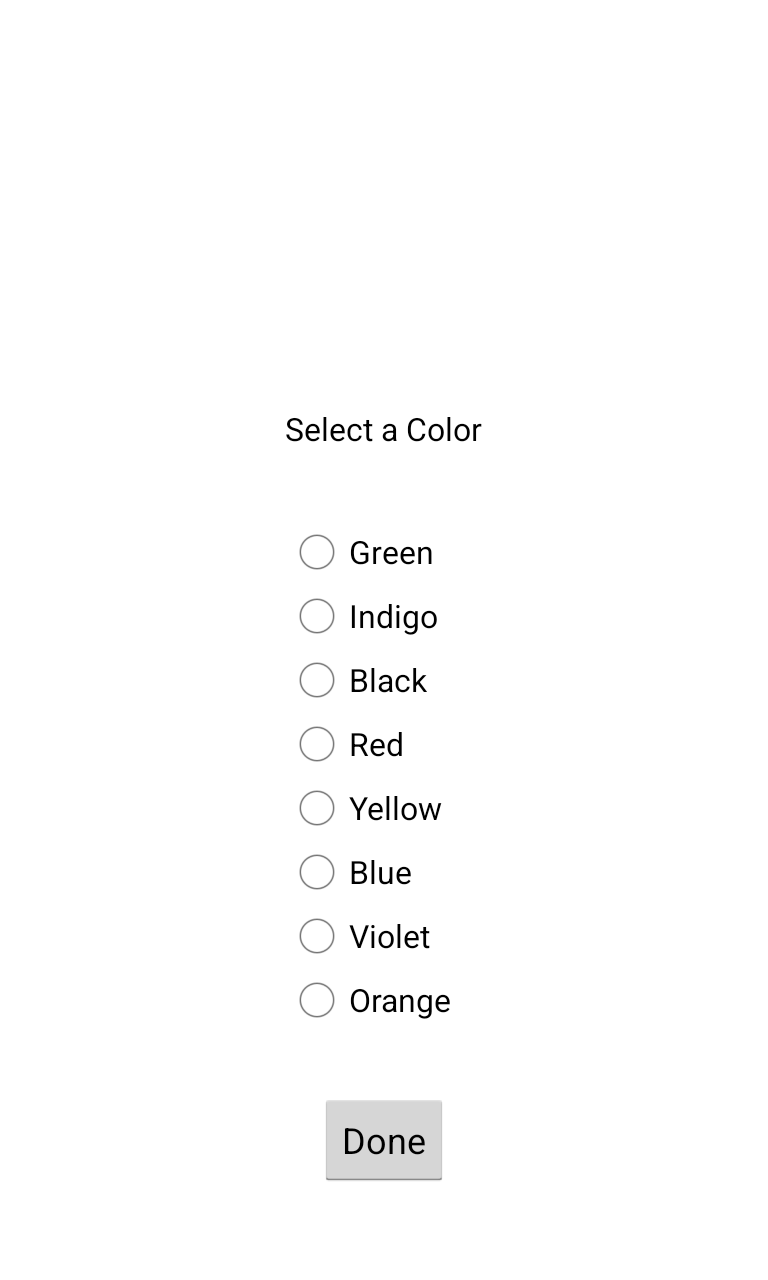
Repository: johnhof/App-Design
Layout: MyNote/res/layout/activity_color_picker.xml
These files come from the project's save history. The layout is drawn as it stood at one moment and after the next save; the edit follows.
It is drawn on a 768 x 1280 px phone screen (xhdpi) without system bars, with theme AppTheme; the app's code is not run. The app's manifest (not shown) leaves right-to-left support off. So textAlignment, textDirection and layoutDirection are ignored, and left and right values win over start and end ones.

Above is the layout before, as saved 2013-02-05 08:30:28.

After the next save:
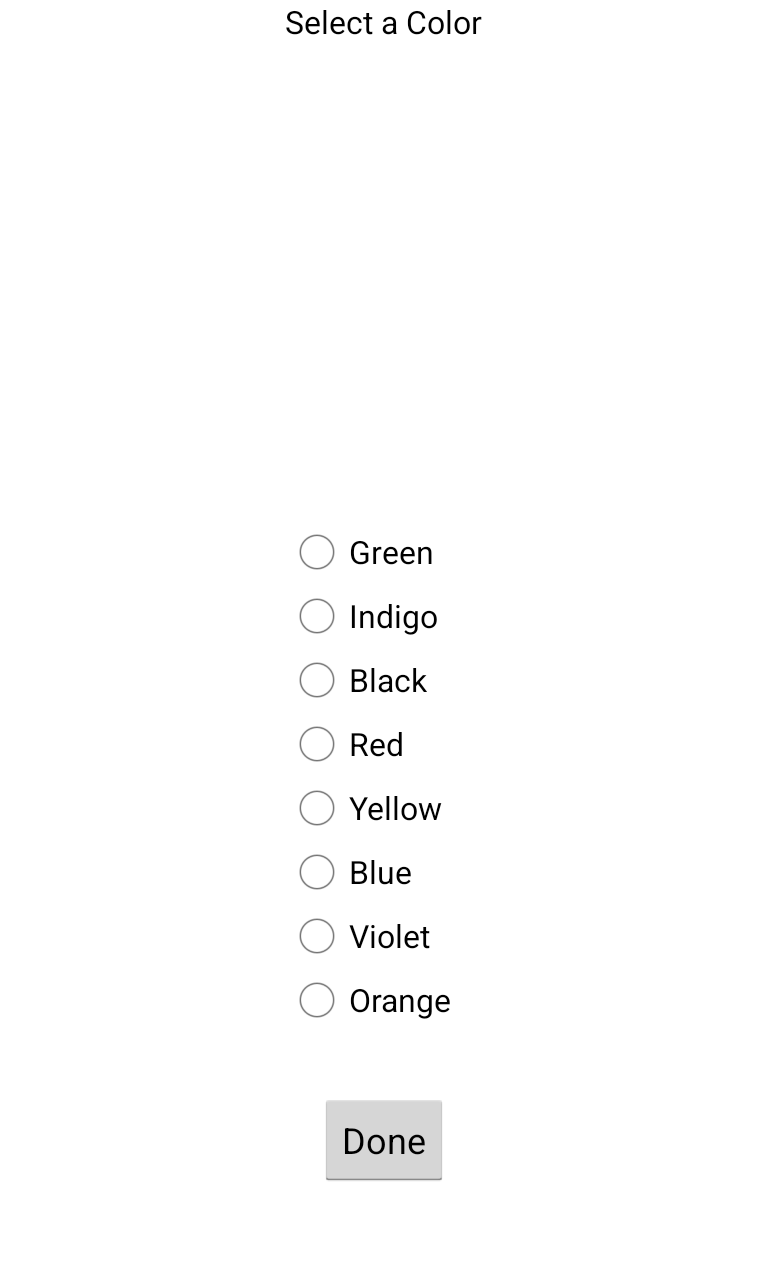
Saved 6 min 28 s later.
--- a/MyNote/res/layout/activity_color_picker.xml
+++ b/MyNote/res/layout/activity_color_picker.xml
@@ -23,7 +23,7 @@
         android:text="@string/color_instructions" />
 
     <RadioGroup
-        android:id="@+id/radioGroup1"
+        android:id="@+id/color_group"
         android:layout_width="wrap_content"
         android:layout_height="wrap_content"
         android:layout_above="@+id/done_button"

After the save that followed:
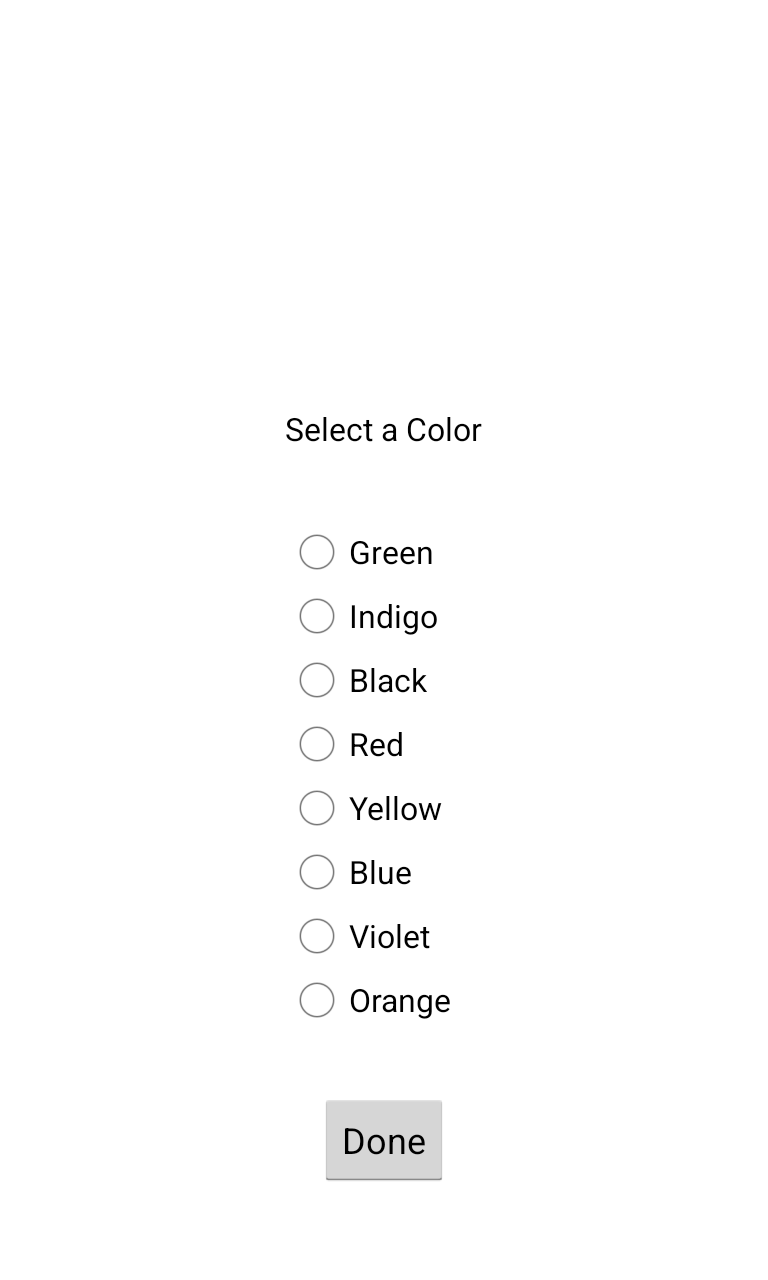
Saved 35 s later.
--- a/MyNote/res/layout/activity_color_picker.xml
+++ b/MyNote/res/layout/activity_color_picker.xml
@@ -17,7 +17,7 @@
         android:id="@+id/instruction_text"
         android:layout_width="wrap_content"
         android:layout_height="wrap_content"
-        android:layout_above="@+id/radioGroup1"
+        android:layout_above="@+id/color_group"
         android:layout_centerHorizontal="true"
         android:layout_marginBottom="35dp"
         android:text="@string/color_instructions" />
